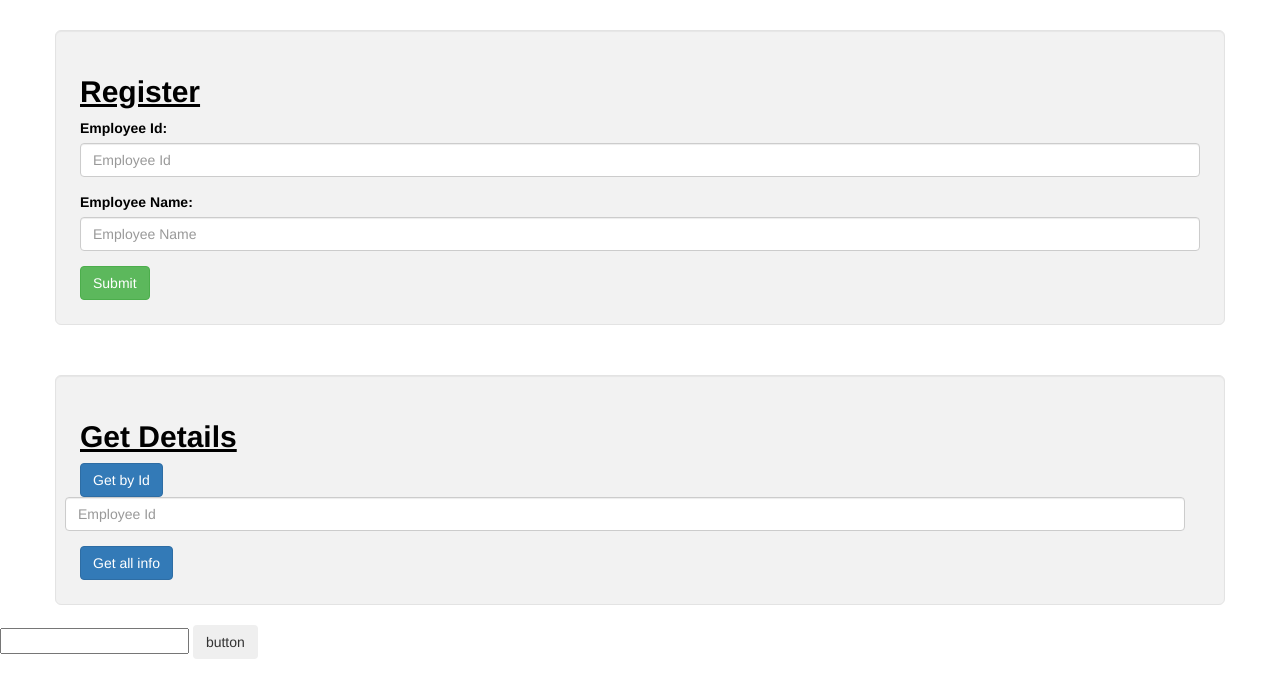
Repository: royakash07/FirstWebApplication
Page: http://localhost/SampleWebApplication/EmployeeProtal.jsp
The author's editor kept a copy of each file at every save. The page is drawn from the files as they stood at one save, then again after the next save.
The browser window is 1280 px wide. The pictures show the whole page.
Some web libraries are served in a nearby version. The page is served by Tomcat 9. Nobody is signed in. The application's start-up code is not run. Other server files are loaded and not shown.

Above is the page before, as saved 2017-11-30 05:11:48.

### SampleWebApplication/WebContent/EmployeeProtal.jsp
<%@ page language="java" contentType="text/html; charset=ISO-8859-1"
    pageEncoding="ISO-8859-1"%>
<!DOCTYPE html PUBLIC "-//W3C//DTD HTML 4.01 Transitional//EN" "http://www.w3.org/TR/html4/loose.dtd">
<html>
<head>
<meta http-equiv="Content-Type" content="text/html; charset=ISO-8859-1">
<title>Portal</title>
  <meta charset="utf-8">
  <meta name="viewport" content="width=device-width, initial-scale=1">
  <link rel="stylesheet" href="https://maxcdn.bootstrapcdn.com/bootstrap/3.3.7/css/bootstrap.min.css">
  <script src="https://ajax.googleapis.com/ajax/libs/jquery/3.2.1/jquery.min.js"></script>
  <script src="https://maxcdn.bootstrapcdn.com/bootstrap/3.3.7/js/bootstrap.min.js"></script>
<style>
.well
{
color:black;
background-color:#F2F2F2;
}

</style>
</head>
<body>
<div style="padding: 30px">
<div class="container well well-lg" >
<h2><strong><u>Register</u></strong></h2>
<form action="Submit" method="post">
<div class="form-group">
  <label for="EmployeeId">Employee Id:</label>
  <input type="text" class="form-control" name="EmployeeId" placeholder="Employee Id" >
  </div>
  <div class="form-group">
  <label for="Name">Employee Name:</label>
  <input type="text" class="form-control" name="Name" placeholder="Employee Name">
  </div>
  <input type="submit"class="btn btn-success" value="Submit">
</form>
</div>
</div>
<div class="container well well-lg">
<h2><strong><u>Get Details</u></strong></h2>
	<button name="search"type="button" class="btn btn-primary" value="getDetailsById">Get by Id</button>
	<input type="text" class="form-control form-group row" placeholder="Employee Id">
	<button type="button" class="btn btn-primary" value="getAllDetails">Get all info</button>
</div>
<div class="input-append">
    <input name="search" id="search"/>
    <button class="btn">button</button>
</div>
</body>
</html>

After the next save:
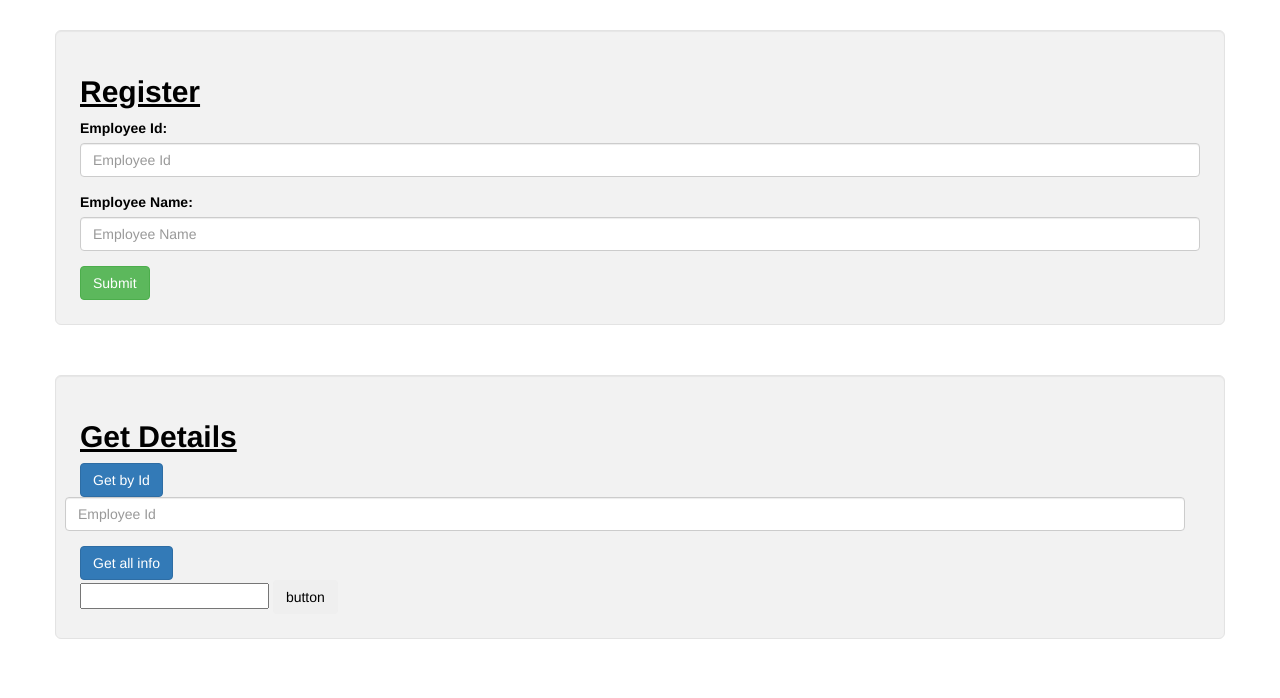
Saved 17 s later.
--- a/SampleWebApplication/WebContent/EmployeeProtal.jsp
+++ b/SampleWebApplication/WebContent/EmployeeProtal.jsp
@@ -38,11 +38,12 @@ background-color:#F2F2F2;
 </div>
 <div class="container well well-lg">
 <h2><strong><u>Get Details</u></strong></h2>
+<div class="input-append">
 	<button name="search"type="button" class="btn btn-primary" value="getDetailsById">Get by Id</button>
 	<input type="text" class="form-control form-group row" placeholder="Employee Id">
 	<button type="button" class="btn btn-primary" value="getAllDetails">Get all info</button>
 </div>
-<div class="input-append">
+
     <input name="search" id="search"/>
     <button class="btn">button</button>
 </div>
